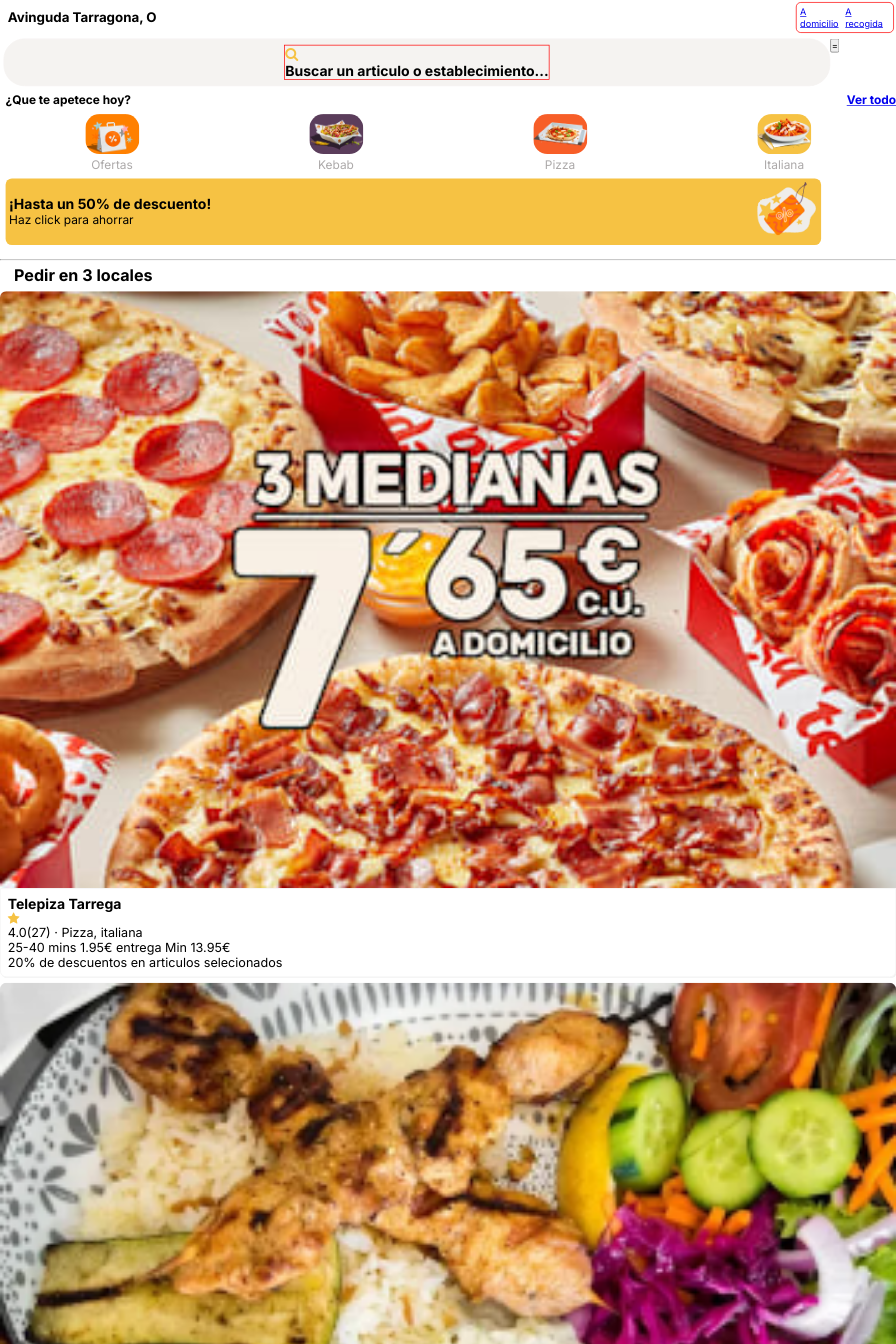
Repository: Srpinedaa/justEat
Page: index.html
The author's editor kept a copy of each file at every save. The page is drawn from the files as they stood at one save, then again after the next save.
The browser window is 1280 px wide. The pictures show the part of the page from y = 0 to 1920 px (the page is 2886 px tall before and 2884 px after), at 70% of full size.

Above is the page before, as saved 2024-10-09 16:23:32.

### index.html
<!DOCTYPE html>
<html lang="en">

<head>
    <meta charset="UTF-8">
    <meta name="viewport" content="width=, initial-scale=1.0">
    <title>Just Eat</title>
    <link
        href="https://fonts.googleapis.com/css2?family=Inter:ital,opsz,wght@0,14..32,100..900;1,14..32,100..900&display=swap"
        rel="stylesheet">
    <link rel="stylesheet" href="https://cdnjs.cloudflare.com/ajax/libs/font-awesome/4.7.0/css/font-awesome.min.css">
    <link rel="stylesheet" href="css/estilos.css">
</head>

<body>
    <div id="all">
        <header>
            <div id="navDireccion">
                <h2 class="direccion">Avinguda Tarragona, O</h2>
                <div class="formaPedido">
                    <a href="#">A domicilio</a>
                    <a href="#">A recogida</a>
                </div>
            </div>

            <div id="navBuscador">
                <div class="buscadorInput">
                    <div class="buscador">
                        <i class="fa fa-search"></i>
                        <p>Buscar un articulo o establecimiento...</p>
                    </div>

                </div>
                <button>=</button>
            </div>
        </header>
        <main>
            <div id="contenido">
                <div id="bloque1">
                    <section class="bloque1Sesion1">
                        <h4>¿Que te apetece hoy?</h4>
                        <h4><a href="#">Ver todo</a></h4>
                    </section>
                    <section class="bloque1Sesion2">
                        <div class="fotoComida ofertas">
                            <img src="img/ofertas.png" alt="ofertas">
                            <p>Ofertas</p>
                        </div>
                        <div class="fotoComida kebab">
                            <img src="img/kebab.png" alt="kebab">
                            <p>Kebab</p>
                        </div>
                        <div class="fotoComida italiana">
                            <img src="img/pizza.png" alt="italiana">
                            <p>Pizza</p>
                        </div>
                        <div class="fotoComida pizza">
                            <img src="img/italiana.png" alt="pizza">
                            <p>Italiana</p>
                        </div>
                    </section>
                </div>
                <div id="bloque2">
                    <div id="slideShow">
                        <div class="descuentoTexto">
                            <h3>¡Hasta un 50% de descuento!</h3>
                            <p>Haz click para ahorrar</p>
                        </div>
                        <div class="descuentoImg">
                            <img src="img/descuento.PNG" alt="descuentos">
                        </div>
                    </div>
                </div>
                <hr>
                <div id="bloque3">
                    <h2>Pedir en 3 locales</h2>
                    <section class="bloquePedidos">
                        <div class="pedido">
                            <div class="imagenPedido">
                                <img src="img/pizza.jpg" alt="pizza">
                            </div>
                            <div class="informacionPedido">
                                <h5>Telepiza Tarrega</h5>
                                <i class="fa fa-star"></i>
                                <p>4.0(27) · Pizza, italiana</p>
                                <p>25-40 mins 1.95€ entrega Min 13.95€</p>
                                <p>20% de descuentos en articulos selecionados</p>
                            </div>
                        </div>
                        <div class="pedido">
                            <div class="imagenPedido">
                                <img src="img/combinat.png" alt="pizza">
                            </div>
                            <div class="informacionPedido">
                                <h5>Bon sabor</h5>
                                <i class="fa fa-star"></i>
                                <p>4.5(26)</p>
                                <p>Kebab, pizza</p>
                                <p>929 m</p>
                            </div>
                        </div>
                        <div class="pedido">
                            <div class="imagenPedido">
                                <img src="img/doner.png" alt="pizza">
                            </div>
                            <div class="informacionPedido">
                                <h5>Doner Kebab Rey</h5>
                                <div class="informacionPedido2">
                                    <i class="fa fa-star"></i>
                                    <p>3.7(3)</p>
                                    <p>Kebab, pizza</p>
                                </div>
                                <p>1.6km</p>
                            </div>
                        </div>
                    </section>
                </div>
            </div>
        </main>
        <footer></footer>
    </div>
</body>

</html>

### css/estilos.css
*{
    margin: 0;
    padding: 0;
    box-sizing: border-box;
    font-family: "Inter", sans-serif;
}

html{
    font-size: 62.5%;
}

#all{
    /* border: 1px solid red; */
    overflow: hidden;
    min-width: 54rem;
}

#navDireccion{
    /* border: 1px solid green; */
    display: flex;
    justify-content: space-between;
    margin-bottom: 9px;
    padding: 3px;
    align-items: center;
    margin: 0;
}

.direccion{
    margin-left: 8px;
    font-size: 1.9rem;
    font-weight:bolder;
    color: black;
}

#navBuscador{
    padding: 5px;
    /* border: 1px solid blue; */
    display: flex;
    justify-content: start;
    align-items: start;
}

.buscador{
    border: 1px solid red;

}

.fa-search{
    color: #f6c243;
}

.buscadorInput{
    width: 93%;
    border-radius: 3rem;
    padding: 8px;
    border: 1px solid #f5f3f1;
    background-color: #f5f3f1;
    font-size: 2rem;
    font-weight: bolder;
    display: flex;
    justify-content: space-evenly;
}


.fotoComida img{
    width: 100%;
    height: 100%;
    /* border: 1px solid salmon; */
}

.ofertas img,
.kebab img,
.italiana img,
.pizza img{
    border-radius: 2rem;
    width: 7.7rem;
}

.ofertas img{
    background-color: #ff8000;
}

.kebab img{
    background-color: #5b3d5b;

}

.pizza img{
    background-color: #f6c243;

}

.italiana img{
    background-color: #f75e28;

}

.fotoComida p{
    margin: 5px 0;
    color: #aca9a9;
    font-size: 1.7rem;
    font-weight: 600px;
}

#slideShow{
    width: 91%;
    height: 9.5rem;
    margin-left: 8px;
    margin-bottom: 2rem;
    padding: 5px;
    display: flex;
    justify-content: space-between;
    background-color: #f6c243;
    border-radius: 9px;
}

#slideShow img{
    width: 100%;
    height: 100%;
}

.descuentoTexto{
    display: flex;
    flex-direction: column;
    margin: auto 0;
}

.descuentoTexto h3:first-child{
    font-weight: bolder;
    font-size: 2rem;
}

.descuentoTexto p:last-child{
    font-size: 1.7rem;
}

.formaPedido{
    border: 1px solid red;
    border-radius: 7px;
    padding: 5px;
    width: 14rem;
    padding: 5px;
    display: flex;
    flex-direction: row;

}

.formaPedido a{
    font-size: 1.3rem;
}

#contenido{
    /* border: 1px solid green; */
}

#bloque1{
    /* border: 1px solid blue; */
    display: flex;
    flex-direction: column;
}

.bloque1Sesion1{
    /* border: 1px solid pink; */
    display: flex;
    justify-content: space-between;
}

.bloque1Sesion1 h4{
    font-size: 1.7rem;
    margin: 5px 0;
}

.bloque1Sesion1 h4:first-child{
    margin-left: 8px;
}

.bloque1Sesion2{
    /* border: 1px solid brown; */
    display: flex;
    width: 100%;
    justify-content: space-around;
}

.fotoComida{
    width: 100%;
    height: auto;
    padding: 5px;
    display: flex;
    flex-direction: column;
    align-items: center;
}

#bloque3{
    margin-top: 8px;
}

#bloque3 h2{
    margin-bottom: 8px;
    margin-left: 2rem;
    font-size: 2.3rem;
}

.bloquePedidos{
    /* border: 1px solid blue; */
    display: flex;
    flex-direction: column;
}

.pedido{
    width: 100%;
    /* height: auto; */
    /* border: 1px solid green; */
    display: flex;
    flex-direction: column;
    border-radius: 8px;
    margin-bottom: 8px;
}

.imagenPedido{
    width: 100%;
    /* border: 1px solid red; */
    display: flex;
    justify-content: center;
    align-items: center;
    overflow: hidden;
    border-top-right-radius: 9px;
    border-top-left-radius: 9px;
    margin: 0 auto;
    /* position: relative; */
}

.imagenPedido img{
    width: 100%;
    height: auto;
}

.informacionPedido{
    width: 100%;
    display: flex;
    flex-direction: column;
    flex-wrap: wrap;
    margin: 0 auto;
    padding: 1rem;
    border-bottom-left-radius: 9px;
    border-bottom-right-radius: 9px;
    border: 1px solid #f2f2f2;
    box-shadow: 1.3px 1.3px #f2f2f2;
    font-size: 1.8rem;
}

.fa-star{
   color: #f6c243;
}

.informacionPedido h5{
    width: 100%;
    font-size: 2rem;
}

.informacionPedido p:last-child{
    width: 100%;
}

After the next save:
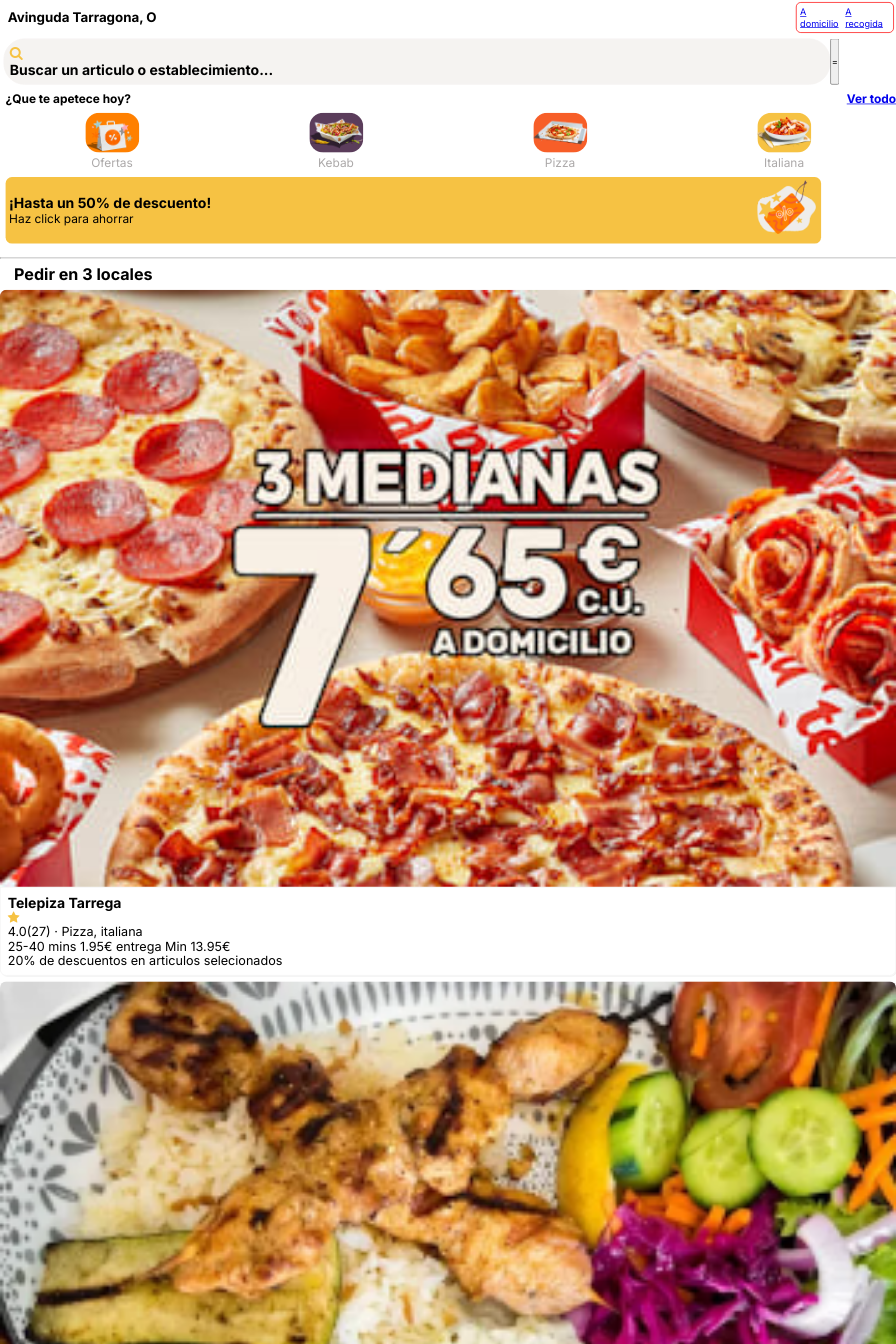
Saved 50 s later.
--- a/css/estilos.css
+++ b/css/estilos.css
@@ -36,14 +36,9 @@
     padding: 5px;
     /* border: 1px solid blue; */
     display: flex;
-    justify-content: start;
-    align-items: start;
-}
-
-.buscador{
-    border: 1px solid red;
-
-}
+
+}
+
 
 .fa-search{
     color: #f6c243;
@@ -58,7 +53,6 @@
     font-size: 2rem;
     font-weight: bolder;
     display: flex;
-    justify-content: space-evenly;
 }
 
 
